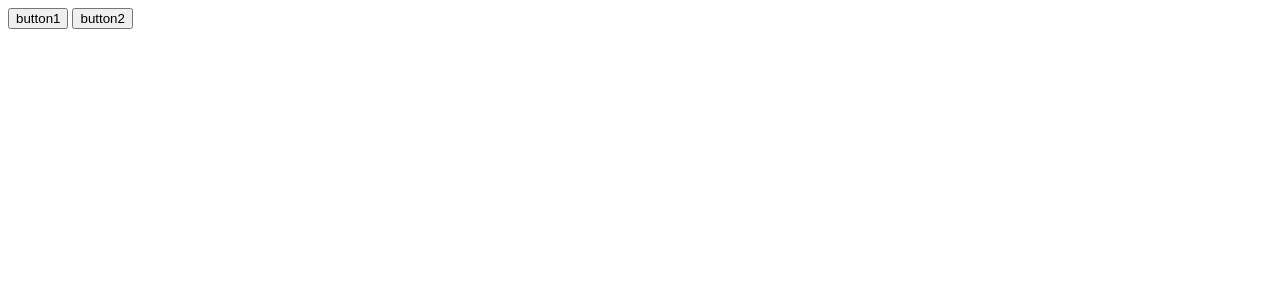
Repository: donggunjang/KOSTA_FE
Page: day0703/src/main/webapp/ex01.html
These files come from the project's save history. The page is drawn as it stood at one moment and after the next save; the edit follows.
The browser window is 1280 px wide. The pictures show the whole page.

Above is the page before, as saved 2024-07-03 02:04:28.

### day0703/src/main/webapp/ex01.html
<!DOCTYPE html>
<html>
<head>
<meta charset="EUC-KR">
<title>Insert title here</title>
<style type="text/css">
	#btn{
		color: red;
	}

</style>
<script type="text/javascript">

</script>
</head>
<body>
	<input id="btn1" type = "button" value="button1">
	<input id="btn2" type = "button" value="button2">

</body>
</html>

After the next save:
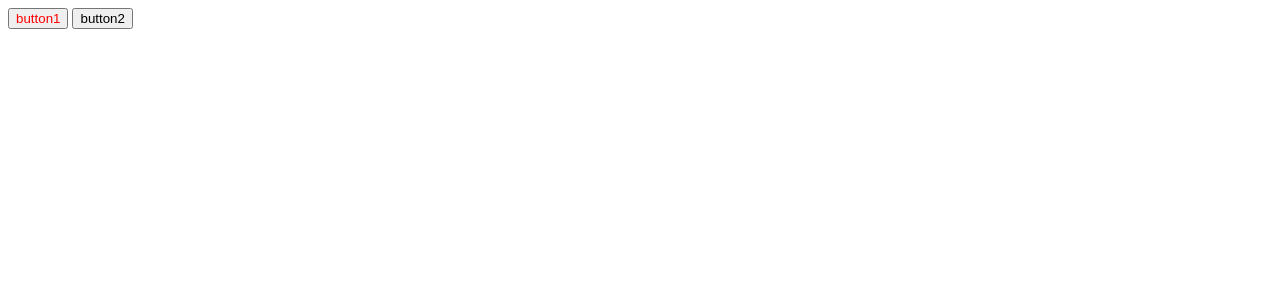
Saved 13 s later.
--- a/day0703/src/main/webapp/ex01.html
+++ b/day0703/src/main/webapp/ex01.html
@@ -4,7 +4,7 @@
 <meta charset="EUC-KR">
 <title>Insert title here</title>
 <style type="text/css">
-	#btn{
+	#btn1, btn2{
 		color: red;
 	}
 
